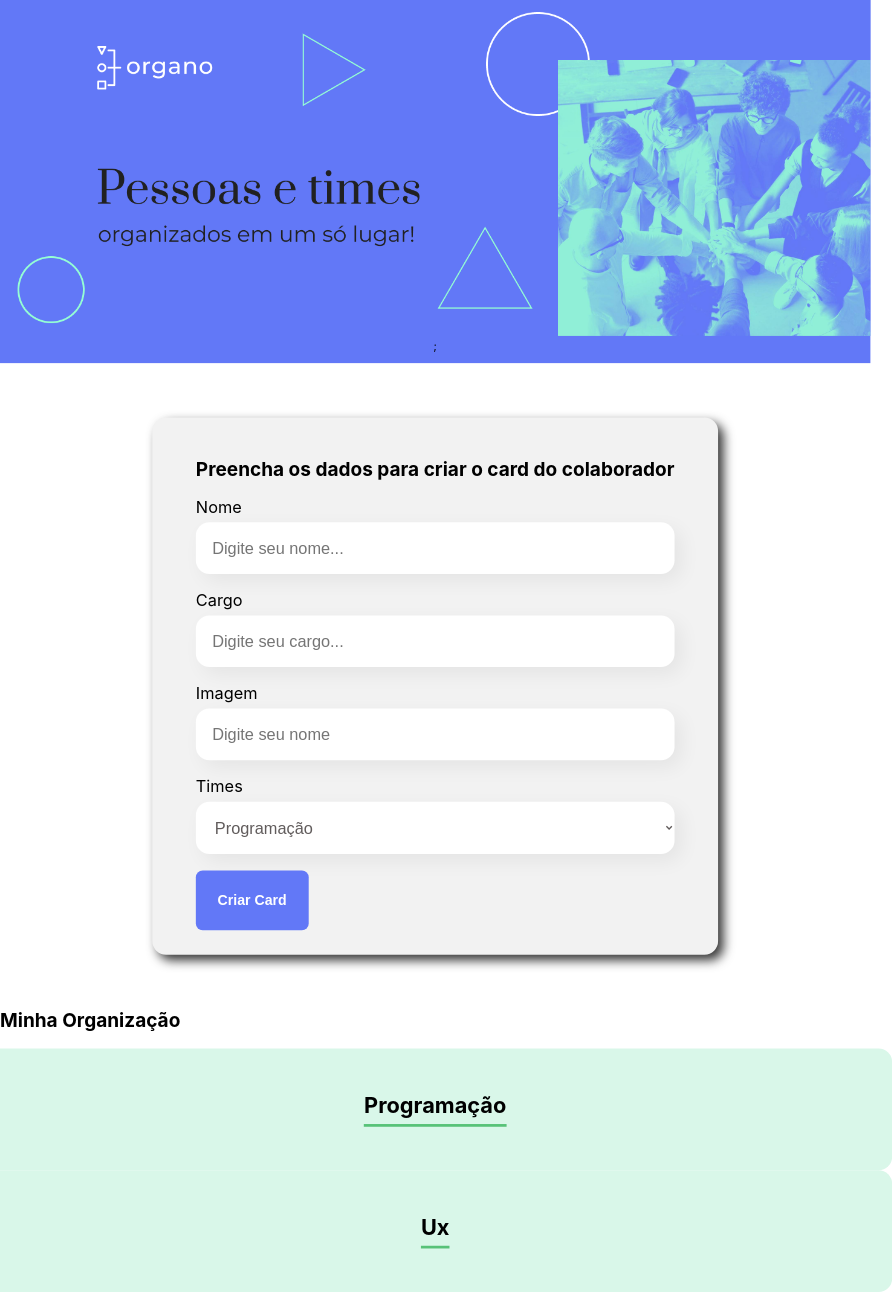
Repository: guilhermecardoso93/organo
Page: /
An editor plug-in stored every save of this project. The page is shown before and after the next save, followed by the edit.
The browser window is 1280 px wide. The page is 1312 px wide, so the pictures cover 1312 px, including what lies to the right of the window. The pictures show the whole page, at 68% of full size.
The project was rebuilt for these pictures with package versions that can differ from the ones it lists, and the page was loaded fresh each time.

Above is the page before, as saved 2024-05-26 19:09:53.

### src/App.js
import { useState } from "react";
import { Banner } from "./components/Banner";
import { Form } from "./components/Form";
import { Times } from "./components/Times";

export default function App(handleChangeColaboradores) {
  const [colaboradores, setColaboradores] = useState([]);

  function handleNewColaboradores(colaborador) {
    setColaboradores([...colaboradores], colaborador);
    console.log(setColaboradores)
  }

  return (
    <div className="app">
      <Banner />
      <Form
        handleChangeColaboradores={(colaborador) =>
          handleNewColaboradores(colaborador)
        }
      />
      <Times />
    </div>
  );
}

### src/components/Banner/index.js
import BannerBackground from "../../assets/imagens/banner.png";
import "./styles.css";

export function Banner() {
  return (
    <header className="background-banner">
      <img src={BannerBackground} alt="Banner Principal da Página da Orgona" />;
    </header>
  );
}

### src/components/Form/index.js
import { useState } from "react";

import { Button } from "../Button";
import { Input } from "../Input";
import { ListDropDown } from "../ListDropDown";

import "./styles.css";

export function Form(props) {
  const times = [
    "Programação",
    "Front-End",
    "Data Science",
    "Devops",
    "UX e Design",
    "Mobile",
    " Inovação e Gestão",
  ];

  const [name, setName] = useState("");
  const [cargo, setCargo] = useState("");
  const [imagem, setImagem] = useState("");
  const [teams, setTeams] = useState([]);

  function handleSubmit(event) {
    event.preventDefault();
    props.handleChangeColaboradores({ name, cargo, imagem, teams });
  }
  return (
    <section className="form">
      <form onSubmit={handleSubmit}>
        <h2>Preencha os dados para criar o card do colaborador</h2>
        <Input
          label="Nome"
          obrigatorio
          placeholder="Digite seu nome..."
          value={name}
          valueChange={(value) => setName(value)}
        />
        <Input
          label="Cargo"
          obrigatorio
          placeholder="Digite seu cargo..."
          value={cargo}
          valueChange={(value) => setCargo(value)}
        />
        <Input
          label="Imagem"
          obrigatorio
          placeholder="Digite seu nome"
          value={imagem}
          valueChange={(value) => setImagem(value)}
        />
        <ListDropDown
          itens={times}
          label="Times"
          value={teams}
          valueChange={(value) => setTeams(value)}
        />
        <Button> Criar Card</Button>
      </form>
    </section>
  );
}

### src/components/Times/index.js
import Imagem from "../../assets/imagens/logo.png";

import { Time } from "./components/Time";

import "./styles.css";
export function Times(props) {
  return (
    <div>
      <div>
        <h2>Minha Organização</h2>
      </div>
      <div className="times-container-list">
        <Time name="Programação" />
        <Time name="Ux" />
      </div>
    </div>
  );
}

### src/components/Banner/styles.css
.background-banner {
  background-color: #6278f7;
  text-align: center;
  padding-bottom: 1rem;
}

.background-banner img {
  max-width: 100%;
}

### src/components/Button/index.js
import "./styles.css";

export function Button(props) {
  return <button>{props.children}</button>;
}

### src/components/Input/index.js
import "./styles.css";

export function Input({ label, placeholder, obrigatorio, value, valueChange }) {
  function handleTap(event) {
    valueChange(event.target.value);
  }

  return (
    <div className="campo-texto">
      <label>{label}</label>
      <input
        placeholder={placeholder}
        required={obrigatorio}
        onChange={handleTap}
        value={value}
      />
    </div>
  );
}

### src/components/ListDropDown/index.js
import "./styles.css";

export function ListDropDown({ label, itens, value, valueChange, required }) {
  return (
    <div className="list-dropdown">
      <label>{label}</label>
      <select
        required={required}
        value={value}
        onChange={(event) => valueChange(event.target.value)}
      >
        {itens.map((item, index) => {
          return <option key={index}>{item}</option>;
        })}
      </select>
    </div>
  );
}

### src/components/Form/styles.css
.form {
  display: flex;
  justify-content: center;
  margin: 80px 0;
}

.form form {
  max-width: 80%;
  background-color: #f2f2f2;
  border-radius: 20px;
  padding: 36px 64px;
  box-shadow: 8px 8px 16px rgba(0,0,0, 0.8);
}

h2 {
  font-size: 1.75rem;
}

### src/components/Times/components/Time/index.js
import './styles.css';

export function Time(props) {
  return (
    <section className="time-container">
      <h3>{props.name}</h3>
    </section>
  );
}

### src/components/Times/styles.css
.times-container-list {
  display: flex;
  flex-direction: column;
  align-items: center;
  justify-content: center;
  width: 100%;
}

### src/components/Button/styles.css
button {
  background-color: #6278f7;
  color: white;
  border: none;
  border-radius: 10px;
  font-size: 1.3rem;
  font-weight: bold;
  padding: 32px;
  cursor: pointer;
}

button:hover {
  background-color: white;
  color: #6278f7;
  border: 4px solid #6278f7;
  padding: 28px;
}

### src/components/Input/styles.css
.campo-texto {
  display: flex;
  flex-direction: column;
  margin: 24px 0;
}

.campo-texto label {
  display: block;
  margin-bottom: 8px;
  font-size: 24px;
  font-weight: semi-bold;
}

.campo-texto input {
  background-color: #fff;
  box-shadow: 10px 10px 30px rgba(0, 0, 0, 0.06);
  width: 100%;
  border: none;
  font-size: 24px;
  padding: 24px;
  box-sizing: border-box;
  border-radius: 20px;
}

### src/components/ListDropDown/styles.css
.list-dropdown {
  display: flex;
  flex-direction: column;
  margin: 24px 0;
}

.list-dropdown label {
  display: block;
  margin-bottom: 8px;
  font-size: 24px;
  font-weight: semi-bold;
}

.list-dropdown select {
  background-color: #fff;
  box-shadow: 10px 10px 30px rgba(0, 0, 0, 0.06);
  width: 100%;
  border: none;
  font-size: 24px;
  padding: 24px;
  box-sizing: border-box;
  border-radius: 20px;
  color: #615c5c;
}

### src/components/Times/components/Time/styles.css
.time-container {
  text-align: center;
  padding: 32px;
  background-color: #d9f7e9;
  border-radius: 20px;
  width: 100%;
}

.time-container h3 {
  font-size: 2rem;
  border-bottom: 4px solid #57c278;
  display: inline-block;
  padding-bottom: 8px;
}

Loaded but not shown: public/index.html (common file); src/index.js (common file); src/index.css (common file)

After the next save:
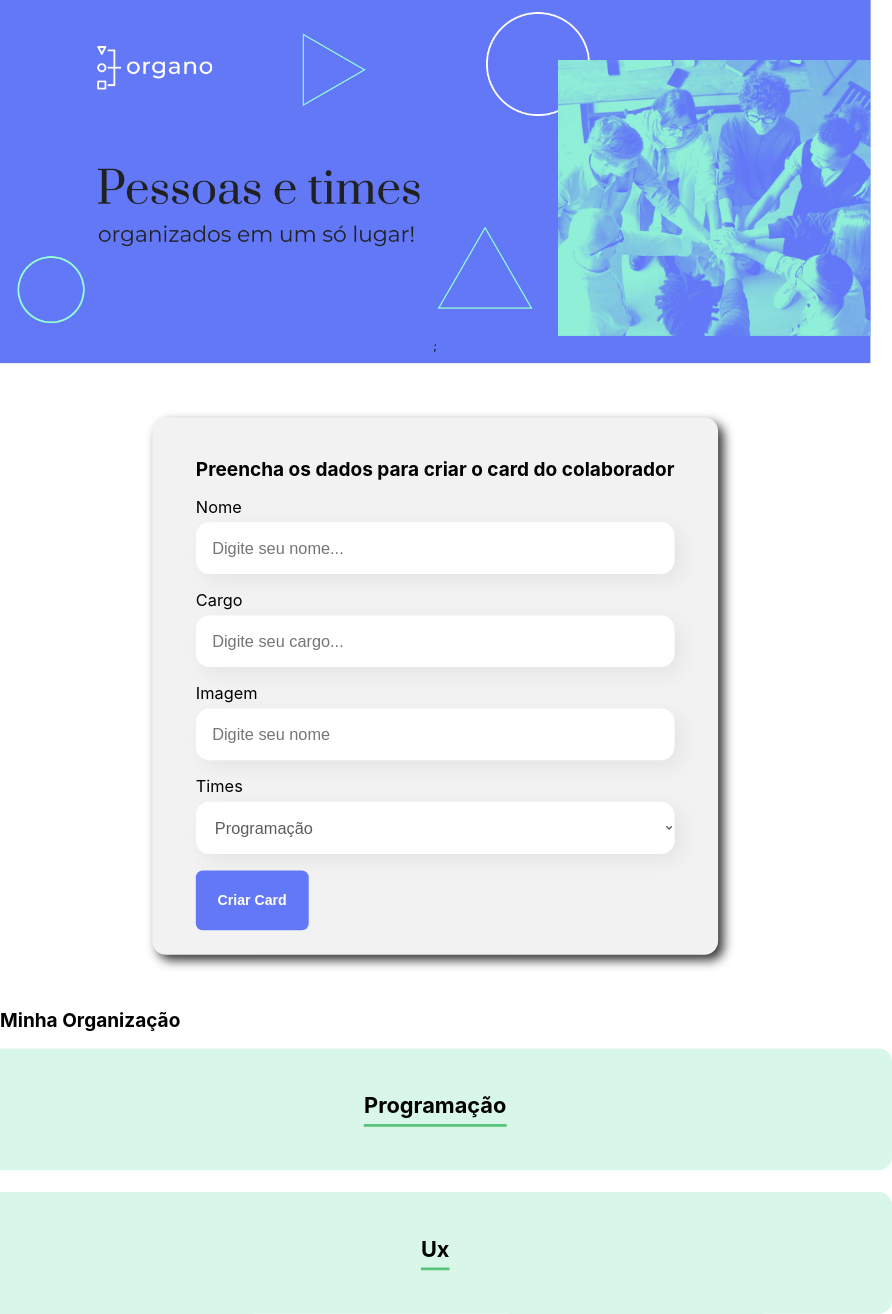
Saved 45 s later.
--- a/src/components/Times/styles.css
+++ b/src/components/Times/styles.css
@@ -4,4 +4,5 @@
   align-items: center;
   justify-content: center;
   width: 100%;
+  gap: 2rem;
 }
